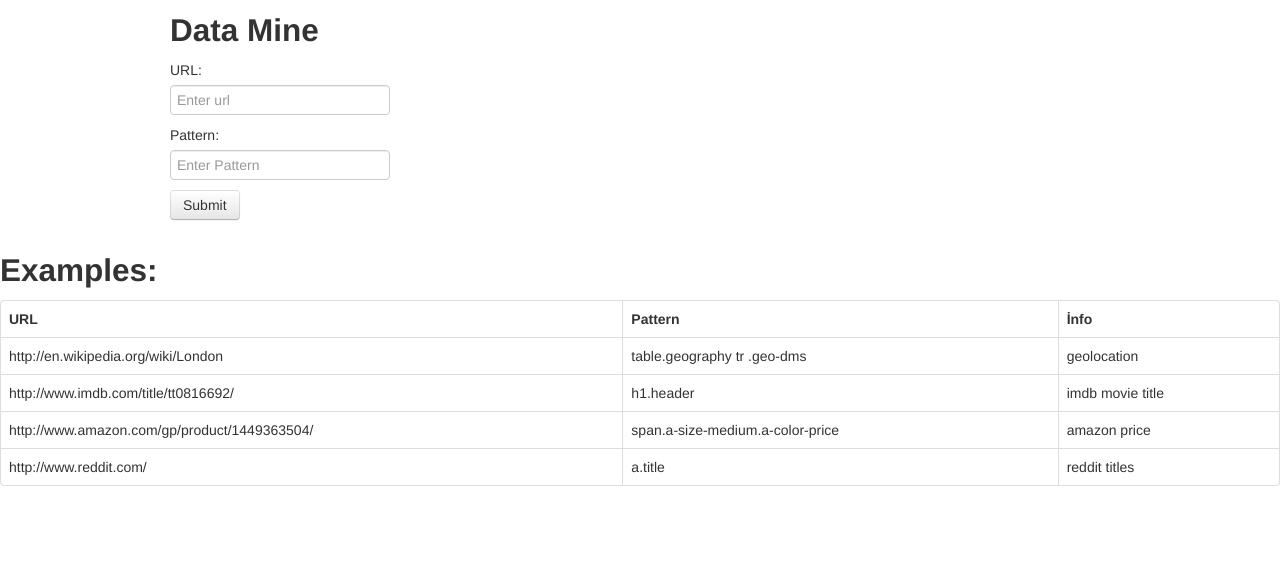
Repository: nerginer/datamine
Page: client/index.html
The author's editor kept a record of every edit. The page is drawn from the files as they stood at one moment, then again after the next edit.
The browser window is 1280 px wide. The pictures show the whole page.

Above is the page before.

After the next edit:
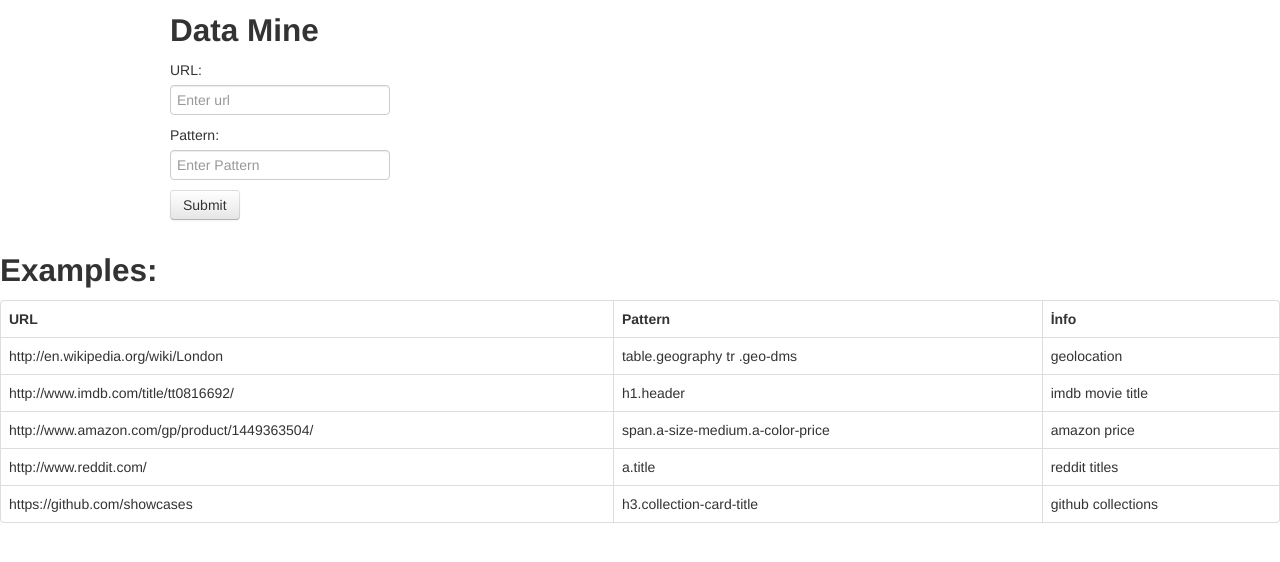
The edit:
--- a/client/index.html
+++ b/client/index.html
@@ -62,6 +62,11 @@
     <td>a.title</td>
     <td>reddit titles</td>
   </tr>
+    <tr>
+    <td>https://github.com/showcases</td>
+    <td>h3.collection-card-title</td>
+    <td>github collections</td>
+  </tr>
 </table>
 
 
